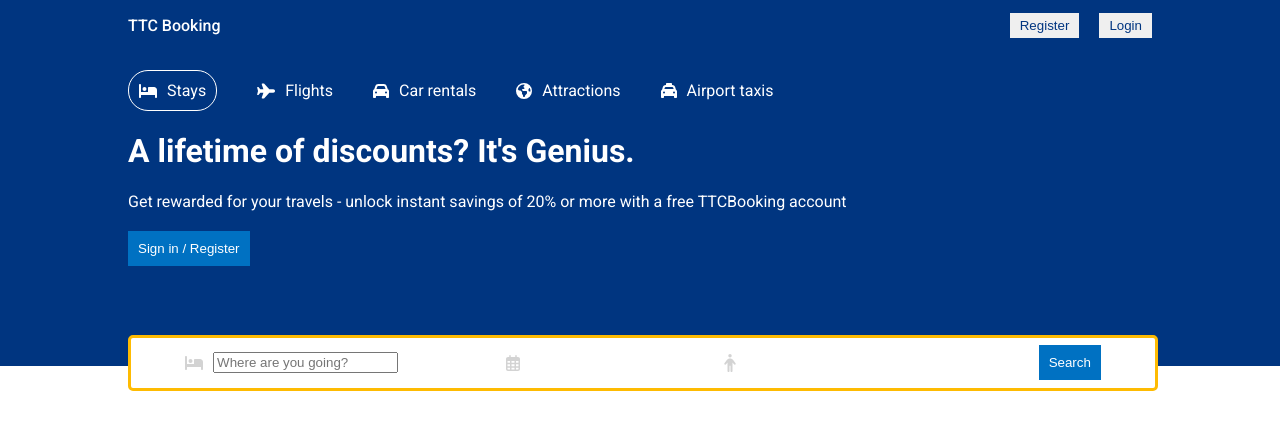
Repository: CarsonDev1/booking-app
Page: /
These files come from the project's save history. The page is drawn as it stood at one moment and after the next save; the edit follows.
The browser window is 1280 px wide. The pictures show the whole page.
The project was rebuilt for these pictures with package versions that can differ from the ones it lists, and the page was loaded fresh each time. Also part of the build but not shown: src/pages/home/home.css, src/pages/hotel/Hotel.jsx, src/pages/list/List.jsx.

Above is the page before, as saved 2022-12-03 01:13:13.

After the next save:
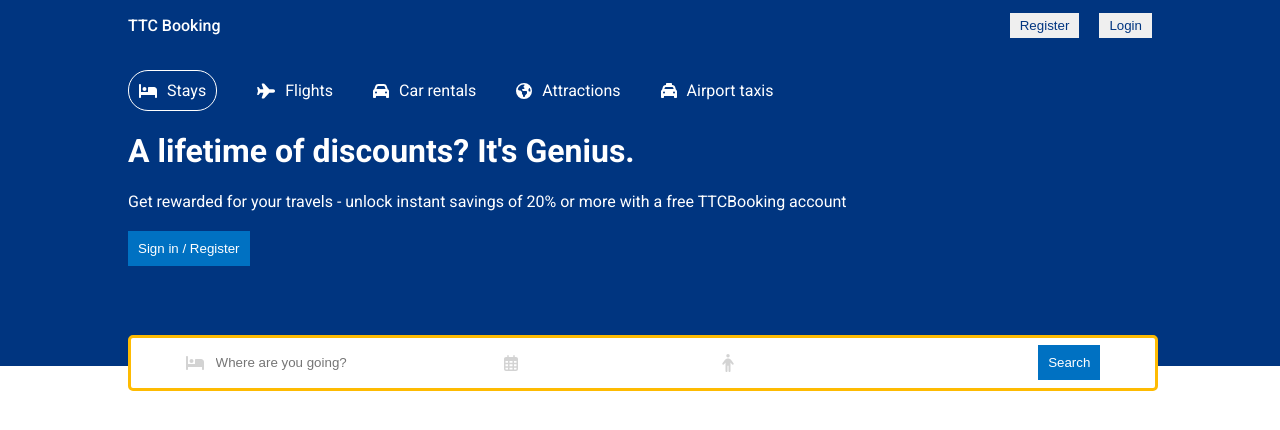
Saved 2 min 20 s later.
--- a/src/components/header/header.css
+++ b/src/components/header/header.css
@@ -57,3 +57,7 @@
 	align-items: center;
 	gap: 10px;
 }
+.headerSearchInput {
+	border: none;
+	outline: none;
+}
